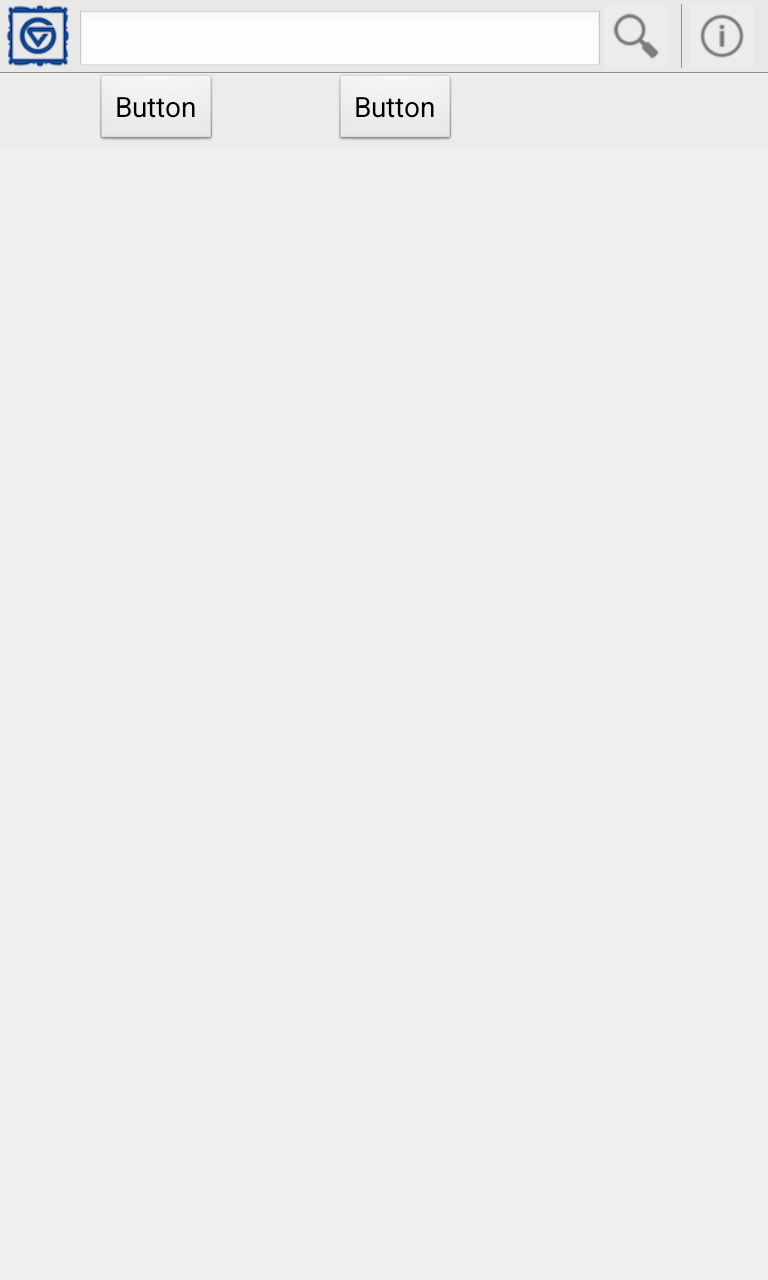
Repository: markminuth/Art-at-GVSU-Android-edition
Layout: version1.0/res/layout/search.xml
The author's editor kept a copy of each file at every save. The layout is drawn from the files as they stood at one save, then again after the next save.
It is drawn on a 768 x 1280 px phone screen (xhdpi) without system bars, with theme android:Theme.NoTitleBar; the app's code is not run. Lists and similar views that code fills are empty.

Above is the layout before, as saved 2012-04-12 13:39:22.

### version1.0/res/layout/search.xml
<?xml version="1.0" encoding="utf-8"?>
<LinearLayout xmlns:android="http://schemas.android.com/apk/res/android"
    android:layout_width="fill_parent"
    android:layout_height="fill_parent"
    android:orientation="vertical" >

    <RelativeLayout
        android:id="@+id/relativeLayout1"
        android:layout_width="match_parent"
        android:layout_height="36dp"
        android:background="#E8E8E8" >

        <ImageButton
            android:id="@+id/aboutIcon"
            android:layout_width="wrap_content"
            android:layout_height="wrap_content"
            android:layout_alignParentRight="true"
            android:layout_centerVertical="true"
            android:layout_marginRight="7dp"
            android:background="#ECECEC"
            android:src="@drawable/about_icon" />

        <ImageButton
            android:id="@+id/searchIcon"
            android:layout_width="wrap_content"
            android:layout_height="wrap_content"
            android:layout_alignParentRight="true"
            android:layout_centerVertical="true"
            android:layout_marginRight="50dp"
            android:background="#ECECEC"
            android:src="@drawable/search" />

        <ImageView
            android:id="@+id/a"
            android:layout_width="wrap_content"
            android:layout_height="wrap_content"
            android:layout_centerVertical="true"
            android:src="@drawable/app_icon_transparent" />

        <ImageView
            android:id="@+id/dividerimg"
            android:layout_width="wrap_content"
            android:layout_height="32dp"
            android:layout_alignParentRight="true"
            android:layout_centerVertical="true"
            android:layout_marginRight="43dp"
            android:src="@drawable/divider" />



        <EditText
            android:id="@+id/searchTextBox"
            android:layout_width="260dp"
            android:layout_height="wrap_content"
            android:layout_alignParentTop="true"
            android:layout_marginTop="5dp"
            android:layout_toLeftOf="@+id/searchIcon"
            android:layout_toRightOf="@+id/a"
            android:textSize="12dp" />

    </RelativeLayout>

    <FrameLayout
        android:id="@+id/divider"
        android:layout_width="match_parent"
        android:layout_height="0.2dp"
        android:background="#909090" >
    </FrameLayout>


    <RelativeLayout
        android:id="@+id/relativeLayout1"
        android:layout_width="match_parent"
        android:layout_height="38dp"
        android:background="#ECECEC" >

        <Button
            android:id="@+id/button1"
            android:layout_width="wrap_content"
            android:layout_height="wrap_content"
            android:layout_alignParentLeft="true"
            android:layout_alignParentTop="true"
            android:layout_marginLeft="47dp"
            android:text="Button" />

        <Button
            android:id="@+id/button2"
            android:layout_width="wrap_content"
            android:layout_height="wrap_content"
            android:layout_alignParentTop="true"
            android:layout_marginLeft="57dp"
            android:layout_toRightOf="@+id/button1"
            android:text="Button" />

    </RelativeLayout>

    <FrameLayout
        android:id="@+id/frameLayout1"
        android:layout_width="match_parent"
        android:layout_height="match_parent"
        android:background="#F0F0F0">

        <ListView
            android:id="@+id/searchList"
            android:layout_width="match_parent"
            android:layout_height="match_parent"
            android:background="#F0F0F0">
        </ListView>

    </FrameLayout>

</LinearLayout>

After the next save:
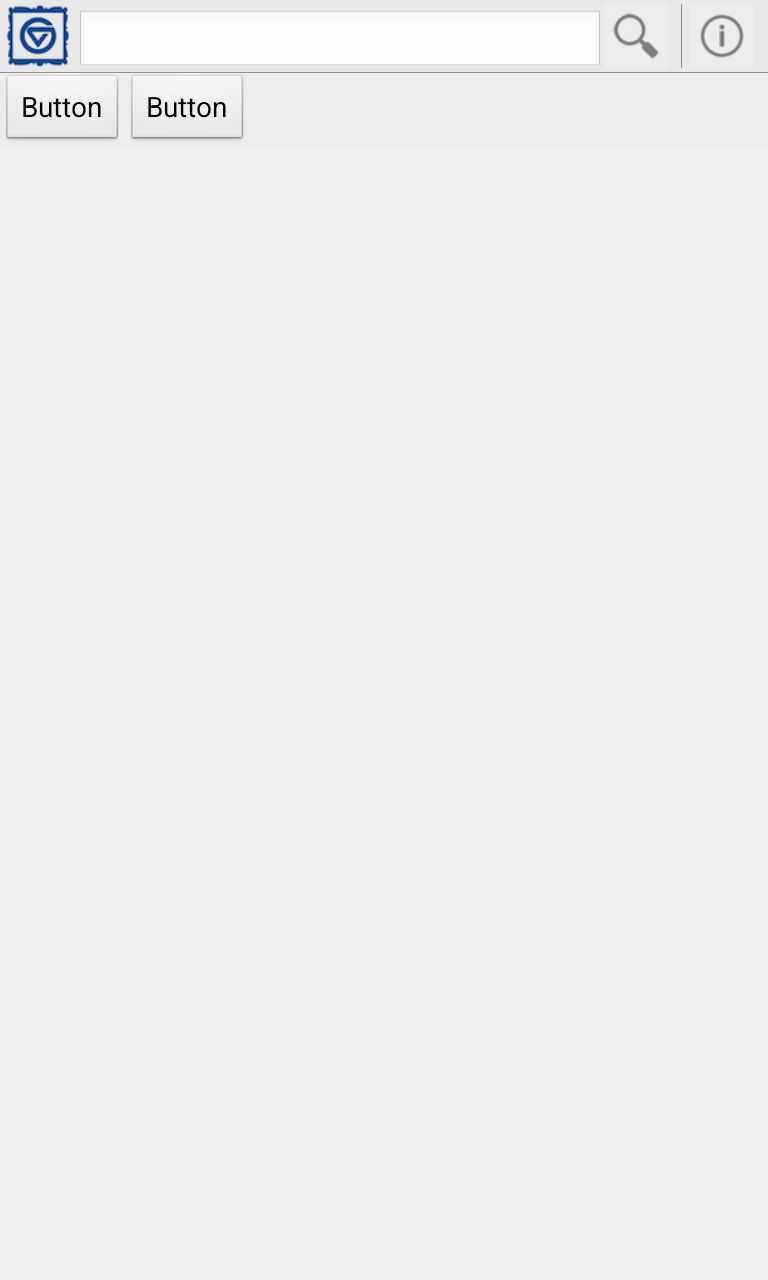
Saved 2 min 4 s later.
--- a/version1.0/res/layout/search.xml
+++ b/version1.0/res/layout/search.xml
@@ -68,6 +68,7 @@
     </FrameLayout>
 
 
+
     <RelativeLayout
         android:id="@+id/relativeLayout1"
         android:layout_width="match_parent"
@@ -80,19 +81,19 @@
             android:layout_height="wrap_content"
             android:layout_alignParentLeft="true"
             android:layout_alignParentTop="true"
-            android:layout_marginLeft="47dp"
             android:text="Button" />
+
 
         <Button
             android:id="@+id/button2"
             android:layout_width="wrap_content"
             android:layout_height="wrap_content"
             android:layout_alignParentTop="true"
-            android:layout_marginLeft="57dp"
             android:layout_toRightOf="@+id/button1"
             android:text="Button" />
 
     </RelativeLayout>
+
 
     <FrameLayout
         android:id="@+id/frameLayout1"
